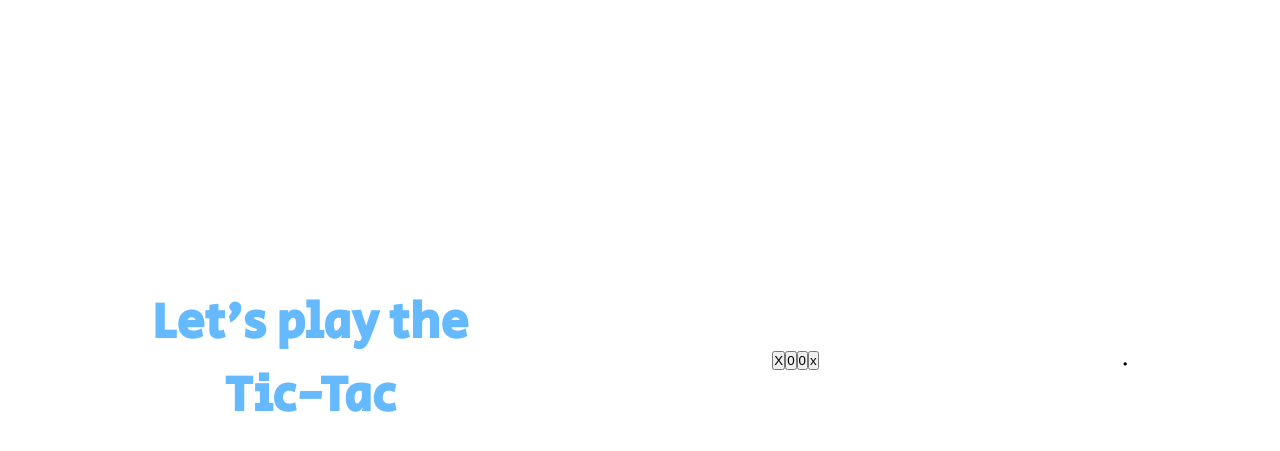
Repository: evergreenx/tic-tac
Page: /
The author's editor kept a copy of each file at every save. The page is drawn from the files as they stood at one save, then again after a run of saves.
The browser window is 1280 px wide. The pictures show the whole page.
The project was rebuilt for these pictures with package versions that can differ from the ones it lists, and the page was loaded fresh each time.

Above is the page before, as saved 2022-04-21 04:01:52.

After the next 2 saves:
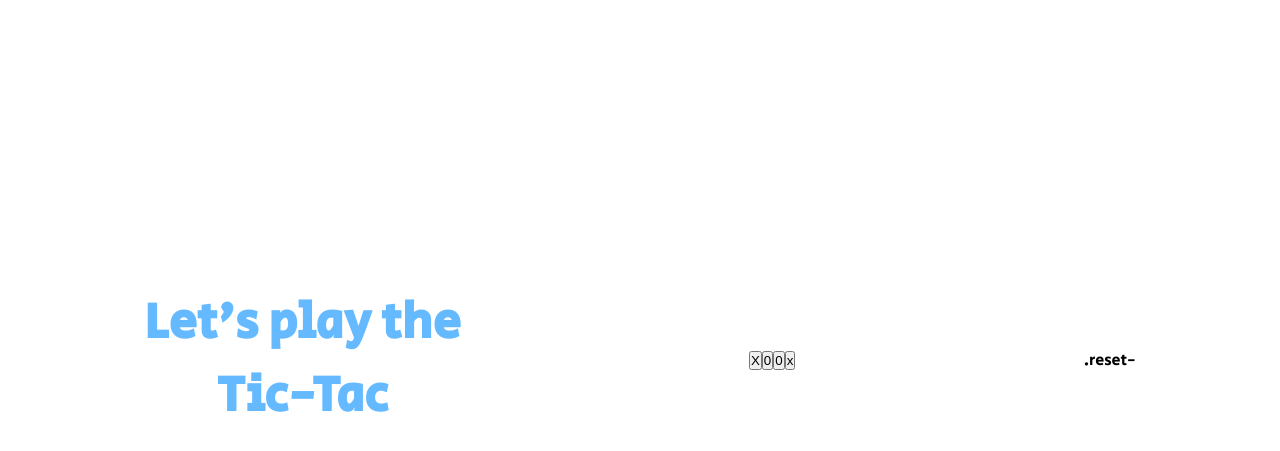
The 2 saves are shown as one change because they came seconds apart.
The last was saved 6 s later.
--- a/src/App.js
+++ b/src/App.js
@@ -10,7 +10,7 @@ function App() {
       <Board />
 
 
-      .
+      .reset-
     </div>
   );
 }
